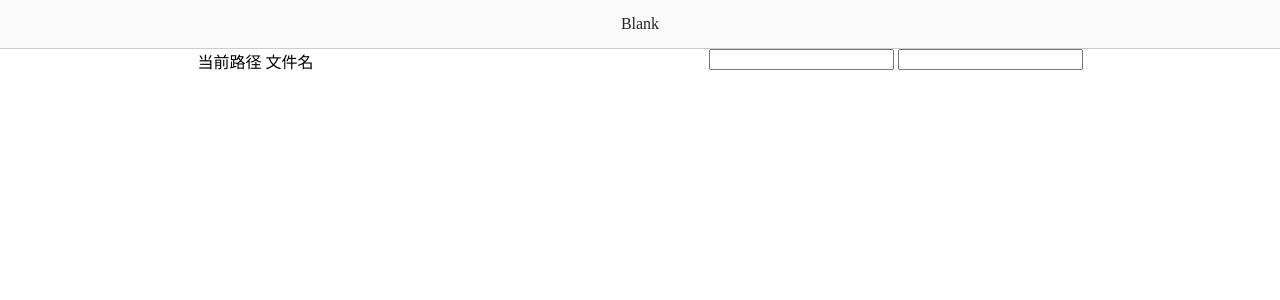
Repository: andycj7/-
Page: JS插件开发/filesystem/index.html
The author's editor kept a copy of each file at every save. The page is drawn from the files as they stood at one save, then again after the next save.
The browser window is 1280 px wide. The pictures show the whole page.

Above is the page before, as saved 2020-07-21 07:46:00.
Console error (its wording comes from the project's code and is left out).

After the next save:
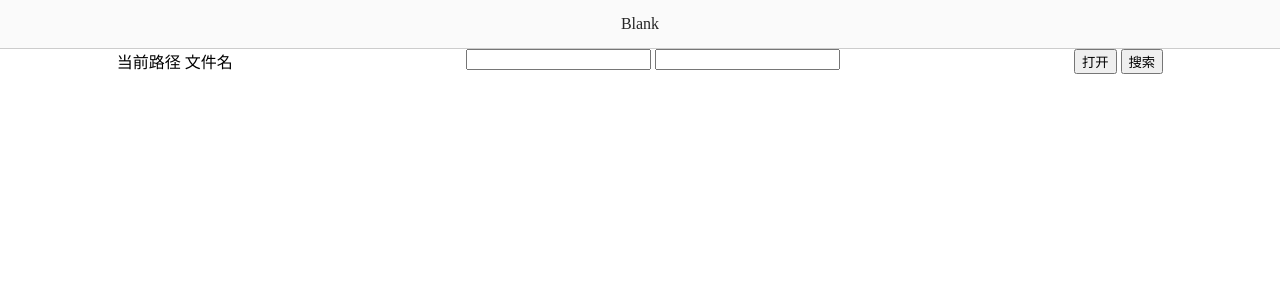
Saved 47 s later.
--- a/JS插件开发/filesystem/index.html
+++ b/JS插件开发/filesystem/index.html
@@ -21,6 +21,10 @@
 				<input></input>
 				<input></input>
 			</div>
+			<div>
+				<button>打开</button>
+				<button>搜索</button>
+			</div>
 		</div>
 		<div id="div_display" class="div-child-2">
 		</div>
